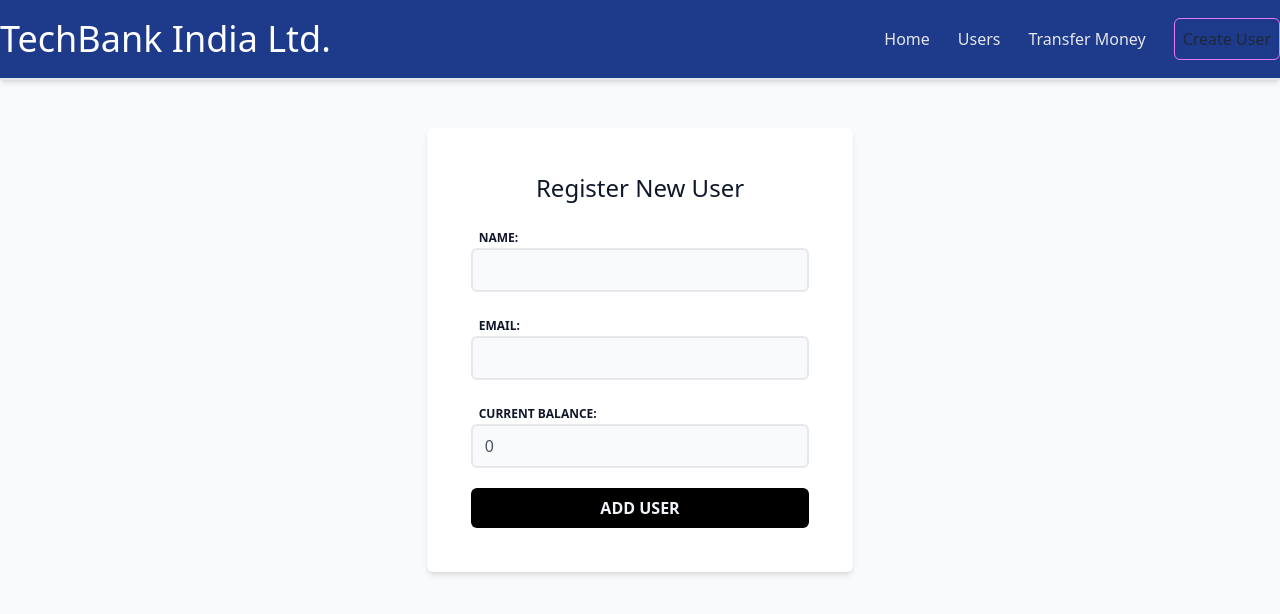
Repository: gauribhardwajj/Banking-System-TSF
Page: /createUser
An editor plug-in stored every save of this project. The page is shown before and after the next save, followed by the edit.
The browser window is 1280 px wide. The pictures show the whole page.
The project was rebuilt for these pictures with package versions that can differ from the ones it lists, and the page was loaded fresh each time. A package was used in the major version that the imports need, not the one package.json lists. The framework's server and built-in components were replaced by stand-ins that run in the browser. Also part of the build but not shown: next.config.js.

Above is the page before, as saved 2024-07-26 00:27:38.

After the next save:
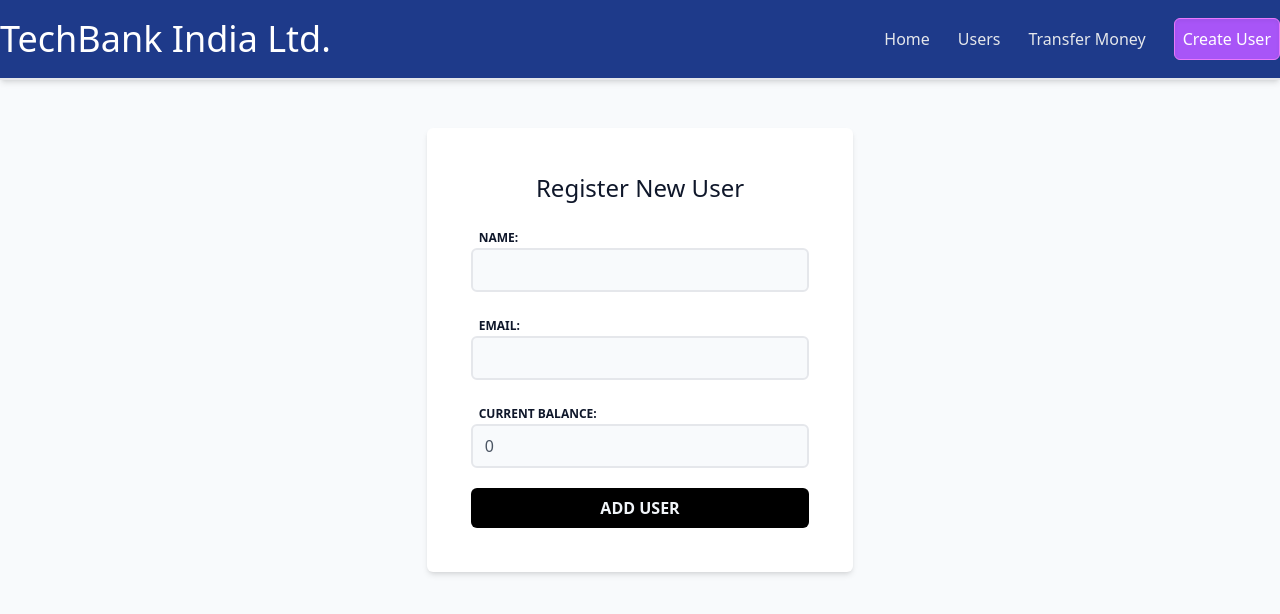
Saved 75 s later.
--- a/components/Navbar.js
+++ b/components/Navbar.js
@@ -44,7 +44,7 @@ function Navbar() {
           </li>
           <li
             onClick={() => router.push(`/createUser`)}
-            className={`link text-slate-800 ${
+            className={`link text-white bg-purple-500 hover:bg-purple-700 ${
               router.pathname === "/createUser" && "active"
             }`}
           >
